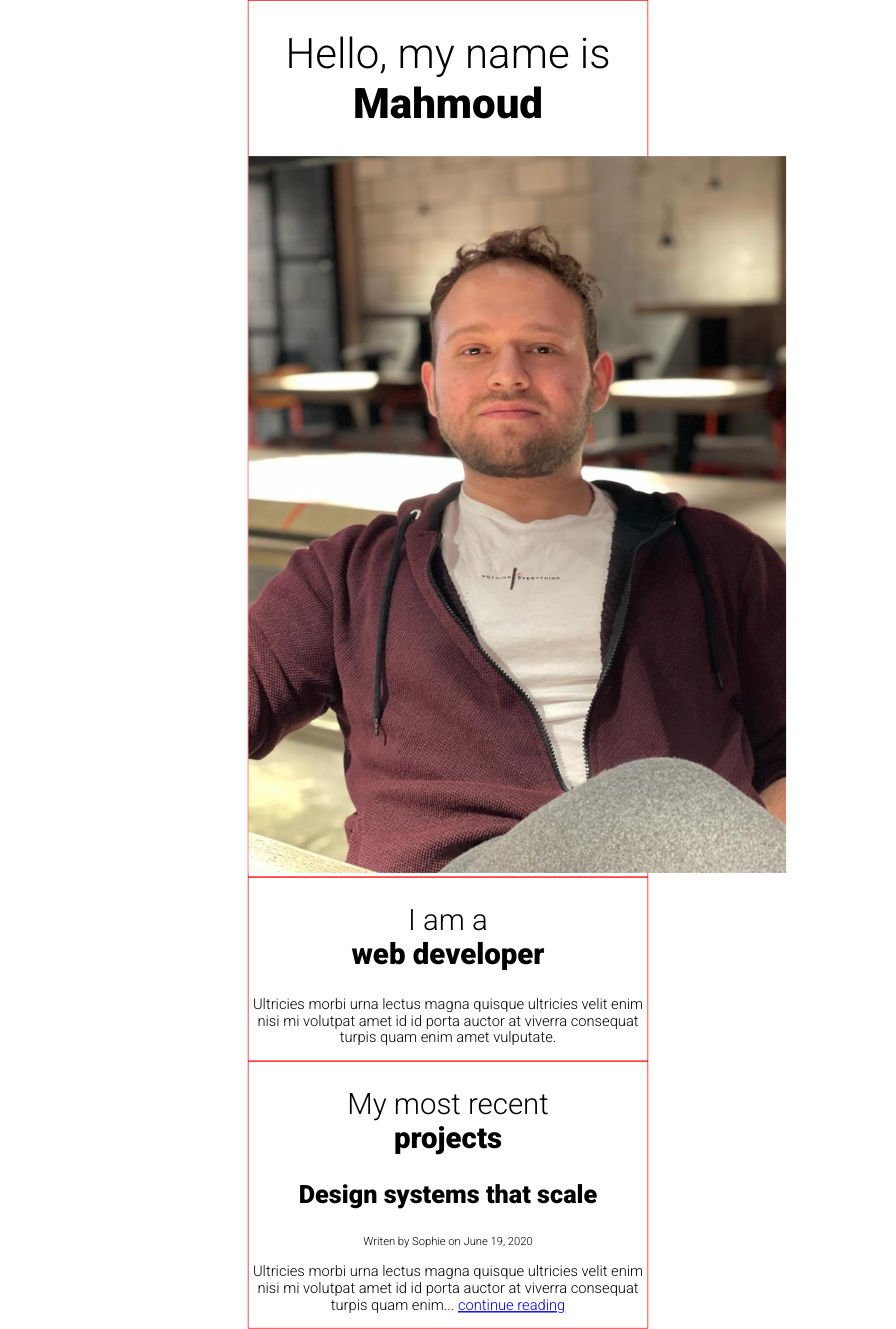
Repository: Doumham-Armah/portfolio
Page: index.html
An editor plug-in stored every save of this project. The page is shown before and after the next save, followed by the edit.
The browser window is 1280 px wide. The pictures show the whole page, at 70% of full size.

Above is the page before, as saved 2021-08-17 12:12:26.

After the next save:
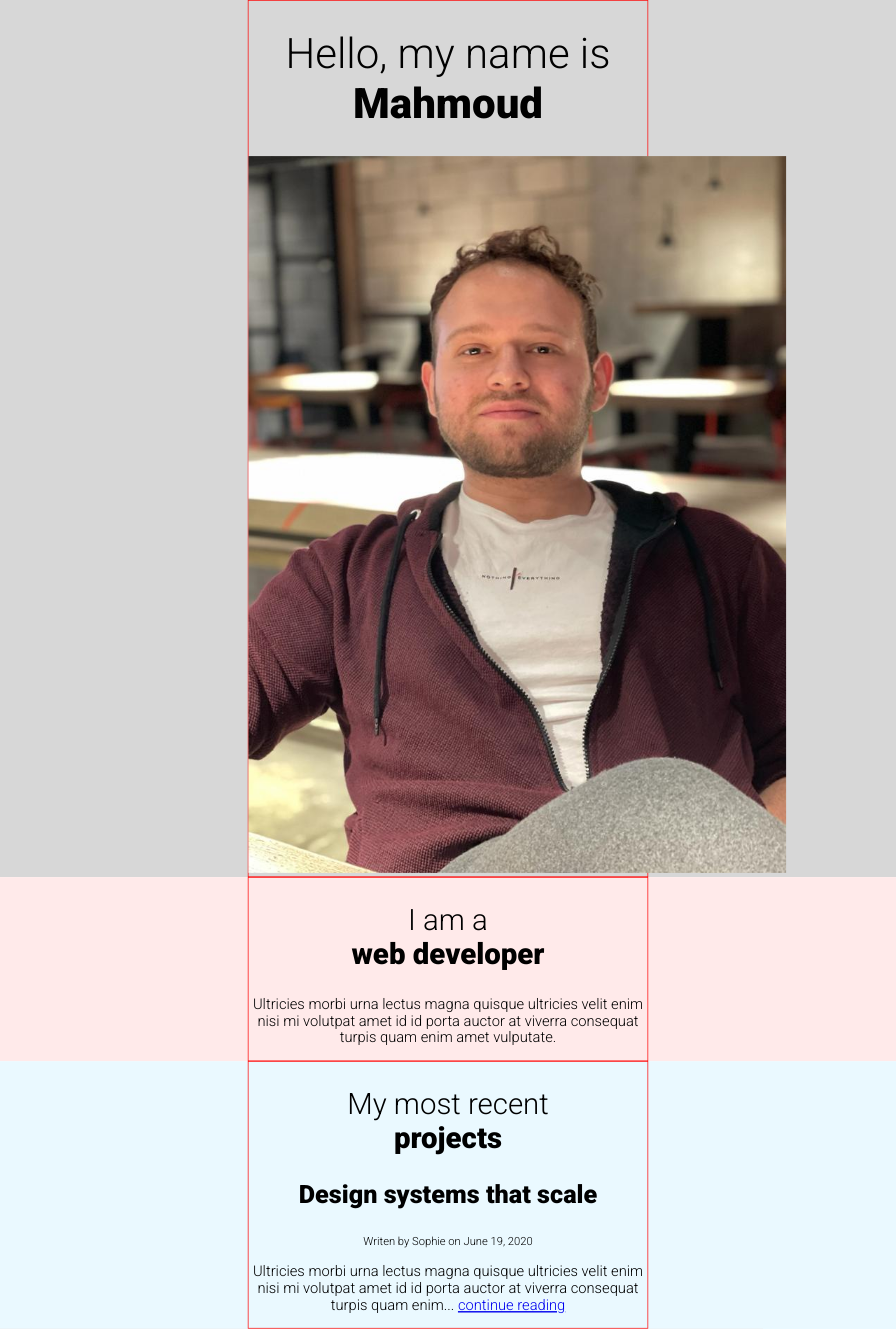
Saved 83 s later.
--- a/style.css
+++ b/style.css
@@ -26,6 +26,22 @@ h2 span {
   display: block;
 }
 
+header,
+section {
+}
+
+header {
+  background-color: #d7d7d7;
+}
+
+.about-me {
+  background-color: #ffeaea;
+}
+
+.projects {
+  background-color: #eaf9ff;
+}
+
 .small-text {
   font-size: 16px;
 }
